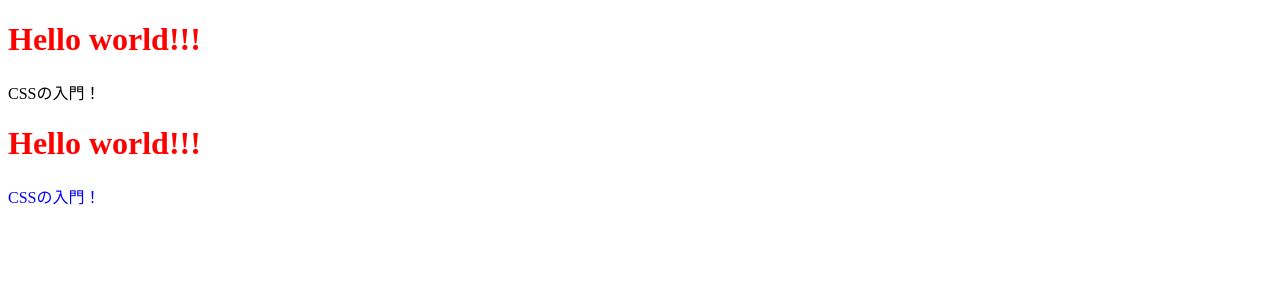
Repository: erikotanaka-san/mynews2
Page: html/css_intro/index.html
The author's editor kept a record of every edit. The page is drawn from the files as they stood at one moment, then again after the next edit.
The browser window is 1280 px wide. The pictures show the whole page.

Above is the page before.

### html/css_intro/index.html
<!DOCTYPE HTML>
<html>
<head>
  <meta charset="UTF-8" />
  <title>tech boost</title>

  <style>
    h1 {
      color: red;
    }
  </style>
</head>
  <body>
    <h1>Hello world!!!</h1>
    <p>CSSの入門！</p>
  </body>
</html>

<!DOCTYPE HTML>
<html>
<head>
  <meta charset="UTF-8" />
  <title>tech boost</title>

  <style>
    h1 {
      color: red;
    }
    #title {
      color: red;
    }

    .description {
      color: blue;
    }
  </style>
</head>
  <body>
    <h1 id="title">Hello world!!!</h1>
    <p class="description">CSSの入門！</p>

  </body>
</html>

After the next edit:
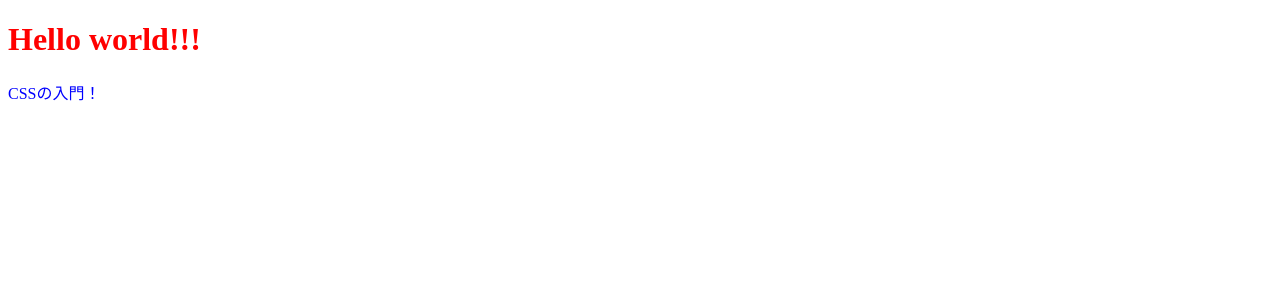
The edit:
--- a/html/css_intro/index.html
+++ b/html/css_intro/index.html
@@ -1,40 +1,22 @@
 <!DOCTYPE HTML>
 <html>
-<head>
-  <meta charset="UTF-8" />
-  <title>tech boost</title>
+  <head>
+    <meta charset="UTF-8" />
+    <title>tech boost</title>
 
-  <style>
-    h1 {
-      color: red;
-    }
-  </style>
-</head>
-  <body>
-    <h1>Hello world!!!</h1>
-    <p>CSSの入門！</p>
-  </body>
-</html>
+    <style>
+      h1 {
+        color: red;
+      }
+     #title {
+        color: red;
+      }
 
-<!DOCTYPE HTML>
-<html>
-<head>
-  <meta charset="UTF-8" />
-  <title>tech boost</title>
-
-  <style>
-    h1 {
-      color: red;
-    }
-    #title {
-      color: red;
-    }
-
-    .description {
-      color: blue;
-    }
-  </style>
-</head>
+      .description {
+        color: blue;
+      }
+    </style>
+  </head>
   <body>
     <h1 id="title">Hello world!!!</h1>
     <p class="description">CSSの入門！</p>
